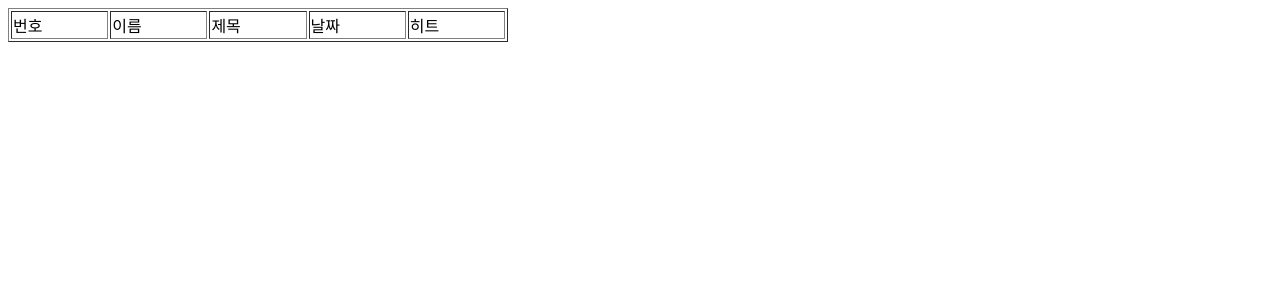
Repository: choogeonhwi/java-
Page: http://localhost/spring_mvc_board1/list
These files come from the project's save history. The page is drawn as it stood at one moment and after the next save; the edit follows.
The browser window is 1280 px wide. The pictures show the whole page.
The page is served by Tomcat 9. Other server files are loaded and not shown. Queries for data that is not in the repository find no rows.

Above is the page before, as saved 2024-01-08 07:22:58.

### Spring/spring_mvc_board1/src/main/webapp/WEB-INF/views/list.jsp
<%@ page language="java" contentType="text/html; charset=UTF-8"
    pageEncoding="UTF-8"%>
<%@ taglib prefix="c" uri="http://java.sun.com/jsp/jstl/core" %>
<html>
<head>
<meta charset="UTF-8">
<title>Insert title here</title>
</head>
<body>
	<table width="500" border="1">
		<tr>
			<td>번호</td>
			<td>이름</td>
			<td>제목</td>
			<td>날짜</td>
			<td>히트</td>
		</tr>
<!-- 		list : 모델객체에서 보낸 이름 -->
		<c:forEach items="${list}" var="dto">
			<tr>
				<td>${dto.bid}</td>
				<td>${dto.bname}</td>
				<td>${dto.btitle}</td>
				<td>${dto.bdate}</td>
				<td>${dto.bhit}</td>
			</tr>
		</c:forEach>
	</table>
</body>
</html>

### Spring/spring_mvc_board1/src/main/java/com/lgy/spring_mvc_board/command/BListCommand.java
package com.lgy.spring_mvc_board.command;

import java.util.ArrayList;

import org.springframework.ui.Model;

import com.lgy.spring_mvc_board.dao.BDao;
import com.lgy.spring_mvc_board.dto.BDto;

//게시판 목록 조회
public class BListCommand implements BCommand{

	@Override
	public void execute(Model model) {
		//dao 단 호출
		BDao dao=new BDao();
//		게시글들을 dtos 객체로 받음
		ArrayList<BDto> dtos = dao.list();
//		dtos 객체를 list 이름으로 컨트롤러단으로 전송
		model.addAttribute("list", dtos);
	}

}

### Spring/spring_mvc_board1/src/main/java/com/lgy/spring_mvc_board/dao/BDao.java
package com.lgy.spring_mvc_board.dao;

import java.sql.Connection;
import java.sql.PreparedStatement;
import java.sql.ResultSet;
import java.sql.Timestamp;
import java.util.ArrayList;

import javax.naming.Context;
import javax.naming.InitialContext;
import javax.sql.DataSource;

import com.lgy.spring_mvc_board.dto.BDto;

//DB SQL 처리
public class BDao {
	DataSource dataSource;

	public BDao() {
//		dbcp 방식으로 oracle 연결
		try {
			Context context = new InitialContext();
//			context.xml 에 설정(server.xml 과 달리 한번 설정으로 모든 프로젝트에서 사용가능)
//			dataSource : 조회,저장,수정,삭제 쿼리에 모두 사용 가능
			dataSource = (DataSource) context.lookup("java:comp/env/jdbc/oracle");
		} catch (Exception e) {
			e.printStackTrace();
		}
	}

	//게시판 목록 조회
	public ArrayList<BDto> list() {
		ArrayList<BDto> dtos=new ArrayList<BDto>();
		Connection conn=null;
		PreparedStatement pstmt=null;
		ResultSet rs=null;

		try {
			conn = dataSource.getConnection();
			String sql="select bid, bname, btitle, bcontent, bdate, bhit from mvc_board";
			pstmt = conn.prepareStatement(sql);
			rs = pstmt.executeQuery();

			while (rs.next()) {
				int bid = rs.getInt("bid");
				String bname = rs.getString("bname");
				String btitle = rs.getString("btitle");
				String bcontent = rs.getString("bcontent");
				Timestamp bdate = rs.getTimestamp("bdate");
				int bhit = rs.getInt("bhit");

//				하나의 게시글 객체
				BDto dto = new BDto(bid, bname, btitle, bcontent, bdate, bhit);
//				게시글을 추가(dtos : 여러 게시글이 될수 있음)
				dtos.add(dto);
			}
		} catch (Exception e) {
			e.printStackTrace();
		}finally {
			try {
				if(rs != null) rs.close();
				if(pstmt != null) pstmt.close();
				if(conn != null) conn.close();
			} catch (Exception e2) {
				e2.printStackTrace();
			}
		}

		return dtos;
	}


	public void write(String bname, String btitle, String bcontent) {

		Connection conn=null;
		PreparedStatement pstmt=null;


		try {
			conn = dataSource.getConnection();
			String sql="select bid, bname, btitle"
					+ ", bcontent, bdate, bhit"+"values(MVC_BOARD_SEQ_VAL,?,?,?,0)";
			pstmt = conn.prepareStatement(sql);
			pstmt.setString(1, bname);
			pstmt.setString(2, btitle);
			pstmt.setString(3, bcontent);
			pstmt.executeUpdate();




		} catch (Exception e) {
			e.printStackTrace();
		}finally {
			try {

				if(pstmt != null) pstmt.close();
				if(conn != null) conn.close();
			} catch (Exception e2) {
				e2.printStackTrace();
			}
		}

	}
}

After the next save:
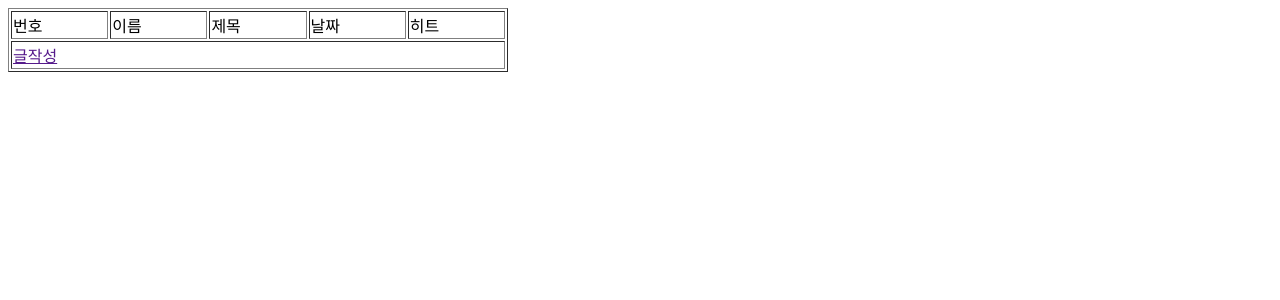
Saved 50 s later.
--- a/Spring/spring_mvc_board1/src/main/webapp/WEB-INF/views/list.jsp
+++ b/Spring/spring_mvc_board1/src/main/webapp/WEB-INF/views/list.jsp
@@ -25,6 +25,12 @@
 				<td>${dto.bhit}</td>
 			</tr>
 		</c:forEach>
+		<tr>
+		<td colspan="5">
+		<a href="">글작성</a>
+		</td>
+
+		</tr>
 	</table>
 </body>
 </html>
